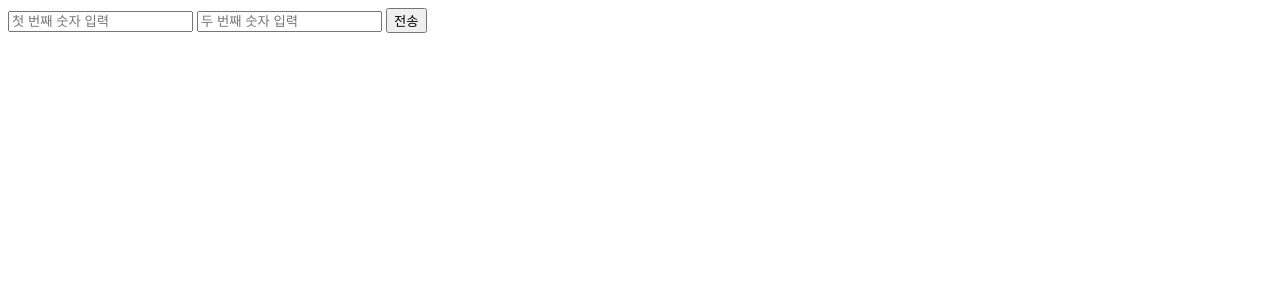
Repository: jiihyun12/jsp_study
Page: http://localhost/servlet/food_list.jsp
The author's editor kept a copy of each file at every save. The page is drawn from the files as they stood at one save, then again after the next save.
The browser window is 1280 px wide. The pictures show the whole page.
The page is served by Tomcat 9. Other server files are loaded and not shown.

Above is the page before, as saved 2025-03-05 02:31:31.

### servlet/src/main/webapp/food_list.jsp
<%@ page language="java" contentType="text/html; charset=UTF-8"
    pageEncoding="UTF-8"%>
<!DOCTYPE html>
<html>
<head>
<meta charset="UTF-8">
<title>음식 리스트</title>
</head>
<body>
	<!--
		두 수를 입력 받고, 두 수를 더한 결과값이 홀수인지 짝수인지
		서블릿을 통해 응답해주는 페이지 구현
		단, 두 수는 모두 유효성 검사가 필요하다.
	 -->

	<form method="post" action="home">
      <input num1='num1' placeholder="첫 번째 숫자 입력" />
      <input num2='num2' placeholder="두 번째 숫자 입력" />
      <button id='submit-button' type='button'>전송</button>
   	</form>

</body>

<script type="text/javascript">

<script>

</html>

After the next save:
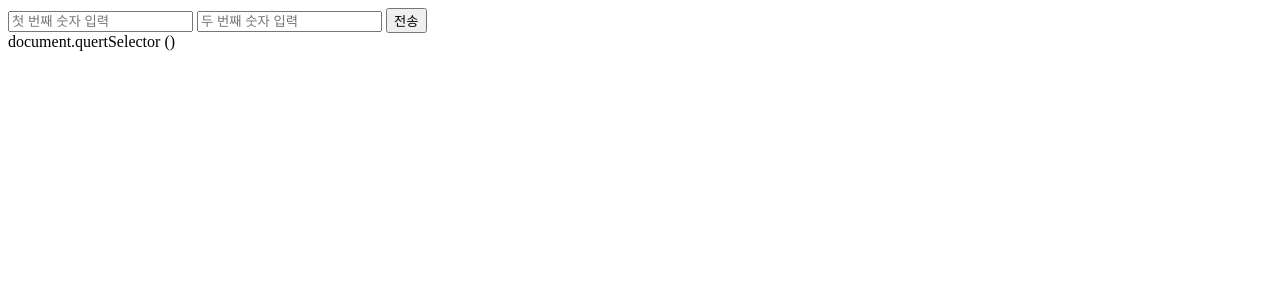
Saved 2 min 44 s later.
--- a/servlet/src/main/webapp/food_list.jsp
+++ b/servlet/src/main/webapp/food_list.jsp
@@ -14,10 +14,12 @@
 	 -->
 
 	<form method="post" action="home">
-      <input num1='num1' placeholder="첫 번째 숫자 입력" />
-      <input num2='num2' placeholder="두 번째 숫자 입력" />
-      <button id='submit-button' type='button'>전송</button>
+      <input type="number" name="num1" placeholder="첫 번째 숫자 입력" />
+      <input type="number" name="num2" placeholder="두 번째 숫자 입력" />
+      <button type="submit">전송</button>
    	</form>
+
+   	document.quertSelector ()
 
 </body>
 

After the save that followed:
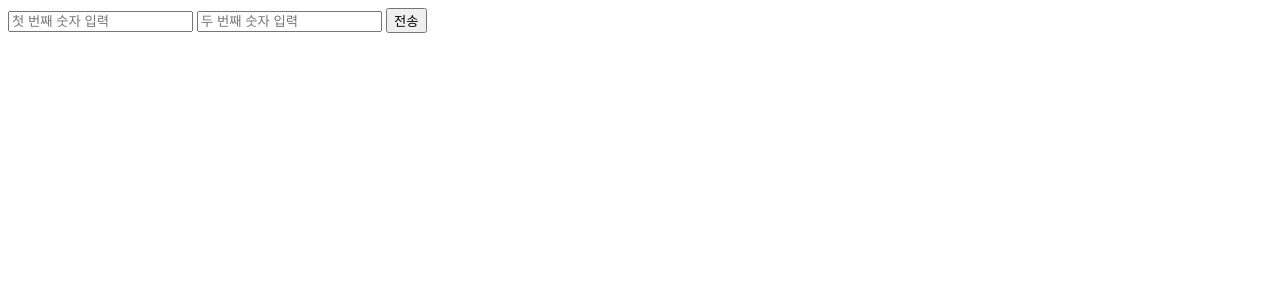
Saved 4 s later.
--- a/servlet/src/main/webapp/food_list.jsp
+++ b/servlet/src/main/webapp/food_list.jsp
@@ -19,7 +19,7 @@
       <button type="submit">전송</button>
    	</form>
 
-   	document.quertSelector ()
+
 
 </body>
 
